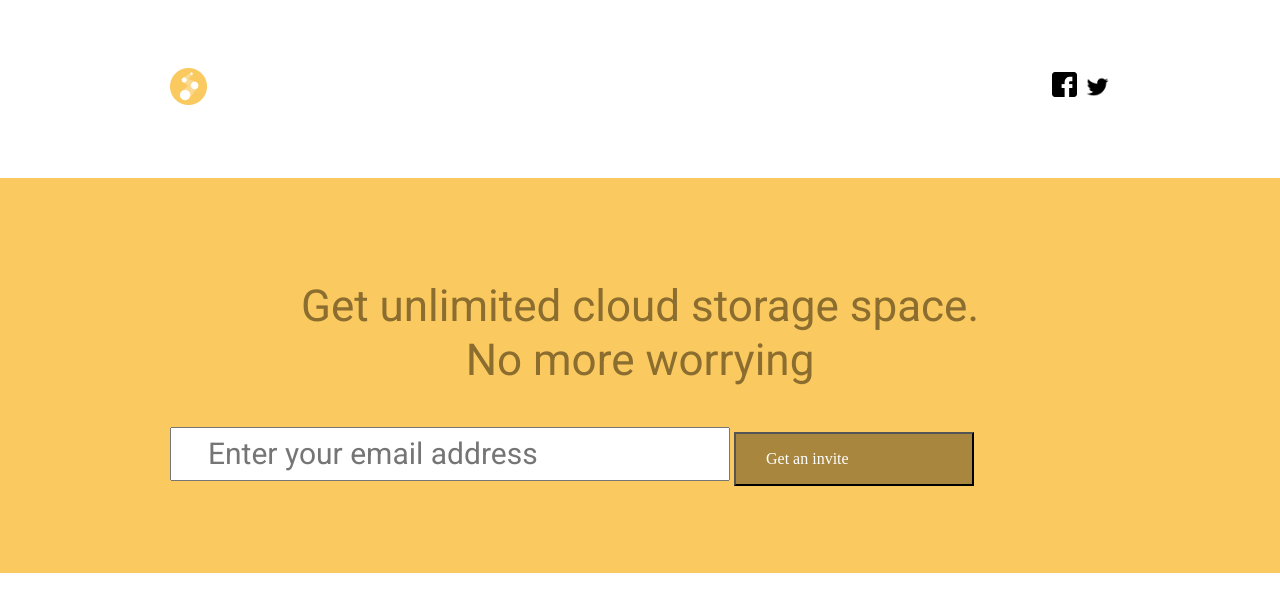
Repository: AndreyMykulych/user_home_work_Mykulych
Page: index.html
The author's editor kept a copy of each file at every save. The page is drawn from the files as they stood at one save, then again after the next save.
The browser window is 1280 px wide. The pictures show the whole page.

Above is the page before, as saved 2023-02-27 16:53:11.

After the next save:
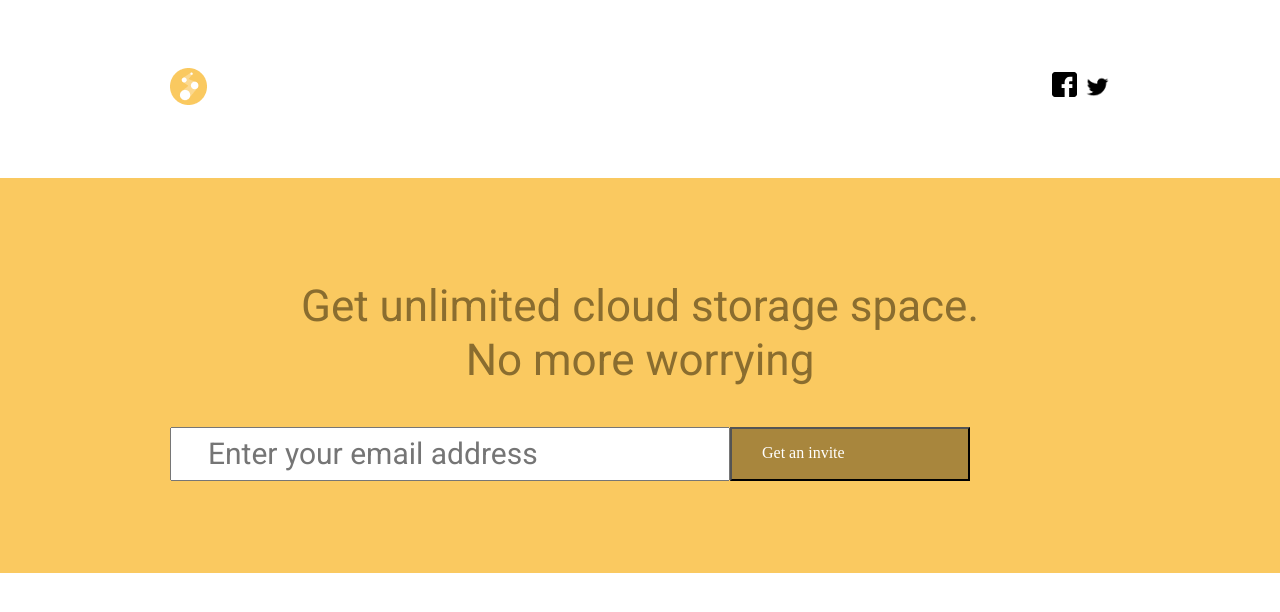
Saved 63 s later.
--- a/styles/style.css
+++ b/styles/style.css
@@ -87,7 +87,7 @@ p {
 form {
     display: inline-block;
     margin-top: 40px;
-    height: 54px;
+
 }
 
 
@@ -117,6 +117,7 @@ button {
       font-weight: 400;
       font-size: 30px;
       line-height: 54px; */
+      position: absolute;
       width: 240px;
       color: #fff;
       background-color: #A8863D;
